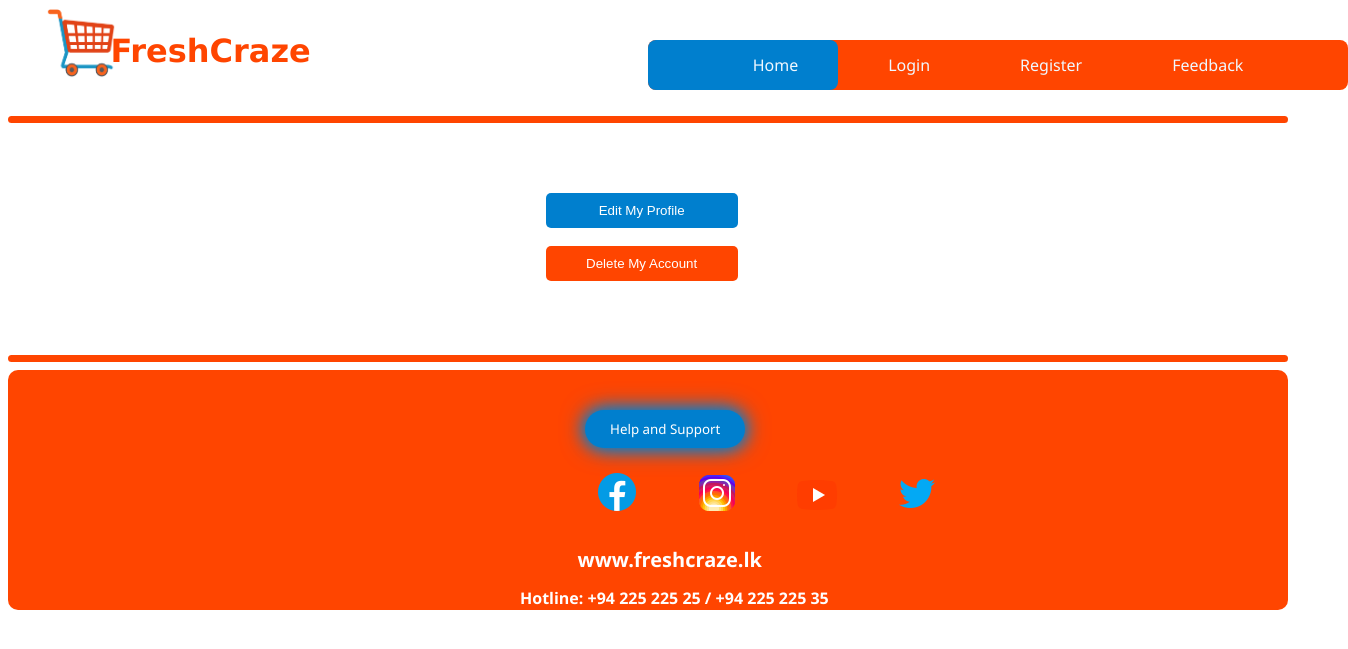
Repository: chamarac2002/FreshCraze
Page: http://localhost/CustomerDemo/useraccount.jsp
These files come from the project's save history. The page is drawn as it stood at one moment and after the next save; the edit follows.
The browser window is 1280 px wide. The page is 1348 px wide, then 1288 px, so the pictures cover 1348 px, including what lies to the right of the window. The pictures show the whole page.
The page is served by Tomcat 9. Nobody is signed in. The application's start-up code is not run. Other server files are loaded and not shown. The template is opened directly, without the code that normally fills it, so the values that code supplies are empty.

Above is the page before, as saved 2024-05-11 06:55:01.

### CustomerDemo/src/main/webapp/useraccount.jsp
<%@ page language="java" contentType="text/html; charset=ISO-8859-1"
    pageEncoding="ISO-8859-1"%>
    <%@taglib prefix="c" uri="http://java.sun.com/jsp/jstl/core"%>
<!DOCTYPE html>

<html lang="en">
<head>
    <meta charset="UTF-8">
    <meta name="viewport" content="width=device-width, initial-scale=1.0">
    <title>Home Page</title>

    <link rel="stylesheet" href="Styles/useraccountStyle.css">
</head>

<body>

<img src="images\logo.png" class="logo" >

    <h1 class="logo_topic">FreshCraze</h1>

    <nav class="navbar">
        <a href="home page.html">Home</a>
        <a href="Login page.html">Login</a>
        <a href="customer registration.html">Register</a>
        <a href="#">Feedback</a>
        <span></span>
    </nav>

<hr class="topic_line">

	<table class = "table">
		<c:forEach var="cus" items="${cusDetails}">

		<c:set var="id" value="${cus.id}"/>
		<c:set var="name" value="${cus.name}"/>
		<c:set var="address" value="${cus.address}"/>
		<c:set var="phone" value="${cus.phone}"/>
		<c:set var="nic" value="${cus.nic}"/>
		<c:set var="email" value="${cus.email}"/>
		<c:set var="gender" value="${cus.gender}"/>
		<c:set var="password" value="${cus.password}"/>


        <h1 class = "head">Customer Profile</h1>

   		<tbody>
        <tr>
			<td>Customer ID:</td>
			<td>${cus.id}</td>
		</tr>
		<tr class="active-row">
			<td>Name:</td>
			<td>${cus.name}</td>
		</tr>
		<tr>
			<td>Address:</td>
			<td>${cus.address}</td>
		</tr>
		<tr class="active-row">
			<td>Phone Number</td>
			<td>${cus.phone}</td>
		</tr>
		<tr>
			<td>NIC Number:</td>
			<td>${cus.nic}</td>
		</tr>
		<tr class="active-row">
			<td>Email:</td>
			<td>${cus.email}</td>
		</tr>
		<tr>
			<td>Gender:</td>
			<td>${cus.gender}</td>
		</tr>
		<tr class="active-row">
			<td>Password:</td>
			<td>${cus.password}</td>
		</tr>
    </tbody>
	</c:forEach>
	</table>

<table class="styled-table">

</table>

	<c:url value="updatecustomer.jsp" var="cusupdate">
		<c:param name="id" value="${id}"/>
		<c:param name="name" value="${name}"/>
		<c:param name="address" value="${address}"/>
		<c:param name="phone" value="${phone}"/>
		<c:param name="nic" value="${nic}"/>
		<c:param name="email" value="${email}"/>
		<c:param name="gender" value="${gender}"/>
		<c:param name="pass" value="${password}"/>
	</c:url>

	<a href="${cusupdate}">
	<input type="button" name="update" class="sub1" value="Edit My Profile">
	</a>

	<br><br>
	<c:url value="deletecustomer.jsp" var="cusdelete">
		<c:param name="id" value="${id}"/>
		<c:param name="name" value="${name}"/>
		<c:param name="address" value="${address}"/>
		<c:param name="phone" value="${phone}"/>
		<c:param name="nic" value="${nic}"/>
		<c:param name="email" value="${email}"/>
		<c:param name="gender" value="${gender}"/>
		<c:param name="pass" value="${password}"/>
	</c:url>
	<a href="${cusdelete}">
	<input type="button" name="delete" class="sub2" value="Delete My Account"><br><br><br>
	</a>

<hr class="footer_line">

<div class="footer">
    <a href="link" target="_blank">
    <button type="button" class="help_button">Help and Support</button>
    </a>

    <div class="fb_icon">
        <a href="https://www.facebook.com/" target="_blank"><img src="images/facebook.png"></a>
    </div>

    <div class="insta_icon">
        <a href="https://www.instagram.com/" target="_blank"><img src="images/insta.png"></a>
    </div>

    <div class="twitt_icon">
        <a href="https://www.twitter.com/" target="_blank"><img src="images/Twitter.png"></a>
    </div>

    <div class="yt_icon">
        <a href="https://www.youtube.com/" target="_blank"><img src="images/yt.png"></a>
    </div>
</div>

<div class="contacts">
    <h1 class="link">www.freshcraze.lk</h1>
    <h1>Hotline: +94 225 225 25 / +94 225 225 35</h1>
</div>

</body>
</html>

### CustomerDemo/src/main/webapp/Styles/useraccountStyle.css
body{
    background-color: #ffffff;
    background-repeat: no-repeat;
    background-attachment: fixed;
    background-position: center;
    width: 100%;
}

.logo{
    width: 70px;
    height: 70px;
    margin-left: 3%;
}

.logo_topic{
    font-family: verdana;
    margin-left: 8%;
    margin-top: -3.9%;
    color: orangered;
}

.navbar{
    margin-left:50%;
    margin-top:-4%;
    padding: 0;
    box-sizing: border-box;
    font-family: 'Segoe UI';
    display: flex;
    justify-content:center;
    align-items: center;
    min-height: 5vh;

    position:relative;
    background-color: orangered;
    border-radius: 8px;
    width: 700px;
    height: 50px;
    display: flex;
}

nav a{
    position: relative;
    display: inline-block;
    font-size: 1em;
    font-weight: 500;
    color: aliceblue;
    text-decoration: none;
    padding: 45px;
    z-index: 1;
}

nav span{
    position: absolute;
    top: 0;
    left: 0;
    width: 190px;
    height: 100%;
    background-color:rgb(0, 127, 206);
    border-radius: 8px;
    transition: .3s;
}

nav a:nth-child(1):hover~span{
    left: 0;
    width: 190px;
}

nav a:nth-child(2):hover~span{
    left: 190px;
    width: 150px;
}

nav a:nth-child(3):hover~span{
    left:330px;
    width: 150px;
}

nav a:nth-child(4):hover~span{
    left: 470px;
    width: 230px;
}

.topic_line{
    border: none;
    margin-top: 2%;
    border-top: 7px solid orangered;
    border-radius: 10px;
}

.help_button{
    box-shadow:0 0 15px rgb(0, 127, 206),0 0 25px rgb(0, 127, 206);
    border: none;
    width: 160px;
    margin-left: 44%;
    font-family: 'Segoe UI';
    padding: 10px 12px;
    color: #ffffff;
    background-color:rgb(0, 127, 206);
    border-radius: 20px;
}

.help_button:hover{
    box-shadow: 0 0 25px rgb(0, 127, 206);
}

.fb_icon{
    margin-left: 560px;
    margin-top: 20px;
}

.insta_icon{
    margin-left: 660px;
    margin-top: -51px;
}

.yt_icon{
    margin-left: 760px;
    margin-top: -51px;
}

.twitt_icon{
    margin-left: 860px;
    margin-top: -51px;
}

.footer{
    height: 200px;
    background-color: orangered;
    padding-top: 40px;
    padding-left: 25px;
    border-radius: 10px;
}

.footer_line{
    border: none;
    margin-top: 3%;
    border-top: 7px solid orangered;
    border-radius: 10px;
}

.contacts{
    font-size: 8px;
    color:rgb(255, 255, 255);
    font-family: 'Segoe UI';
    margin-left: 40%;
    margin-top: -5%;
}

.link{
    font-size: 20px ;
    margin-top: -6%;
    margin-left: 7.5%;
}

.details{
    font-family: verdana;
    margin-left: 8%;
    margin-top: -3.9%;
    color: orangered;
}

.table {
    border-collapse: collapse;
    margin: 25px 0;
    font-size: 1.02em;
    font-family: 'Segoe UI';
    min-width: 400px;
    margin-left: 37%;
    margin-top: 3%;
}

.head {
	margin-top: 4%;
    text-align: center;
 	margin-bottom: 50px;
 	font-family: 'Segoe UI';
 	font-size: 1.8em;
}

.table th,
.table td {
    padding: 12px 15px;
}

.table tbody tr {
    border-bottom: 1px solid #dddddd;
}

.table tbody tr:nth-of-type(even) {
    background-color: #f3f3f3;
}

.table tbody tr:last-of-type {
    border-bottom: 2px solid orangered;
}

.table tbody tr:first-of-type {
    border-top: 2px solid orangered;
}

.table tbody tr.active-row {
    font-weight: bold;
    color: rgb(0, 127, 206);
}

.sub1 {
  	margin-left: 42%;
    margin-top: 0.5%;
    text-align: center;
    color : #ffffff;
  	width: 15%;
	padding: 10px;
 	background-color: rgb(0, 127, 206);
 	border: none;
 	border-radius: 5px;
 	cursor: pointer;
}

.sub2 {
  	margin-left: 42%;
    text-align: center;
    color : #ffffff;
  	width: 15%;
	padding: 10px;
 	background-color: orangered;
 	border: none;
 	border-radius: 5px;
 	cursor: pointer;
}

### CustomerDemo/src/main/webapp/Styles/HomeALStyle.css
body{
    background-color: #ffffff;
    background-repeat: no-repeat;
    background-attachment: fixed;
    background-position: center;
    width: 100%;
}

.logo{
    width: 70px;
    height: 70px;
    margin-left: 3%;
}

.user{
    width: 60px;
    height: 60px;
    margin-left: 35%;
    background-color: rgb(0, 127, 206);
    border-radius: 30px;
}



.logo_topic{
    font-family: verdana;
    margin-left: 8%;
    margin-top: -3.9%;
    color: orangered;
}

.navbar{
    margin-left:60%;
    margin-top:-4%;
    padding: 0;
    box-sizing: border-box;
    font-family: 'Segoe UI';
    display: flex;
    justify-content:center;
    align-items: center;
    min-height: 5vh;

    position:relative;
    background-color: orangered;
    border-radius: 8px;
    width: 500px;
    height: 50px;
    display: flex;
}

nav a{
    position: relative;
    display: inline-block;
    font-size: 1em;
    font-weight: 500;
    color: aliceblue;
    text-decoration: none;
    padding: 45px;
    z-index: 1;
}

nav span{
    position: absolute;
    top: 0;
    left: 0;
    width: 190px;
    height: 100%;
    background-color:rgb(0, 127, 206);
    border-radius: 8px;
    transition: .3s;
}

nav a:nth-child(1):hover~span{
    left: 0;
    width: 180px;
}

nav a:nth-child(2):hover~span{
    left: 180px;
    width: 130px;
}

nav a:nth-child(3):hover~span{
    left:320px;
    width: 180px;
}

.topic_line{
    border: none;
    margin-top: 2%;
    border-top: 7px solid orangered;
    border-radius: 10px;
}

.help_button{
    box-shadow:0 0 15px rgb(0, 127, 206),0 0 25px rgb(0, 127, 206);
    border: none;
    width: 160px;
    margin-left: 44%;
    font-family: 'Segoe UI';
    padding: 10px 12px;
    color: #ffffff;
    background-color:rgb(0, 127, 206);
    border-radius: 20px;
}

.help_button:hover{
    box-shadow: 0 0 25px rgb(0, 127, 206);
}

.fb_icon{
    margin-left: 560px;
    margin-top: 20px;
}

.insta_icon{
    margin-left: 660px;
    margin-top: -51px;
}

.yt_icon{
    margin-left: 760px;
    margin-top: -51px;
}

.twitt_icon{
    margin-left: 860px;
    margin-top: -51px;
}

.footer{
    height: 200px;
    background-color: orangered;
    padding-top: 40px;
    padding-left: 25px;
    border-radius: 10px;
}

.footer_line{
    border: none;
    margin-top: 3%;
    border-top: 7px solid orangered;
    border-radius: 10px;
}

.front_banners{
    width: 90%;
    padding: 20px;
    margin: 100px auto;
    margin-top: 2%;
    margin-bottom: 2%;
    display: flex;
    flex-direction: row;
    justify-content: center;
}

.box{
    width: 1000px;
    margin: 0 10px;
    box-shadow: 0 0 20px 2px rgba(0,0,0,0.1);
    transition: 1s;
}

.box img{
    display: block;
    width: 100%;
    border-radius: 5px;
}

.box:hover{
    transform: scale(1.3);
    z-index: 2;
}

.footer_banners{
    width: 60%;
    padding: 20px;
    margin: 100px auto;
    margin-top: 2%;
    margin-bottom: 2%;
    display: flex;
    flex-direction: row;
    justify-content: center;
}

.f_box{
    width: 250px;
    margin: 0 10px;
    box-shadow: 0 0 20px 2px rgba(0,0,0,0.1);
    transition: 1s;
}

.f_box img{
    display: block;
    width: 100%;
}

.f_box:hover{
    transform: scale(1.3);
    z-index: 2;
}

.contacts{
    font-size: 8px;
    color:rgb(255, 255, 255);
    font-family: 'Segoe UI';
    margin-left: 40%;
    margin-top: -5%;
}

.link{
    font-size: 20px ;
    margin-top: -6%;
    margin-left: 7.5%;
}

After the next save:
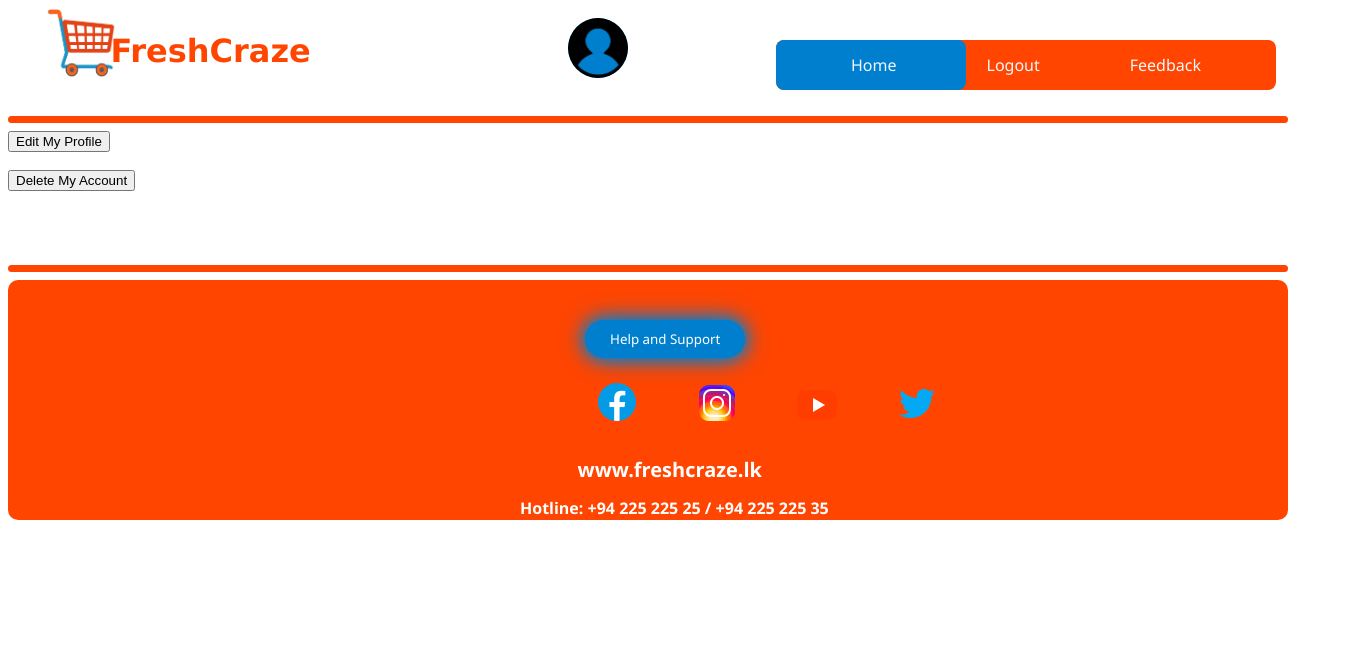
Saved 83 s later.
--- a/CustomerDemo/src/main/webapp/useraccount.jsp
+++ b/CustomerDemo/src/main/webapp/useraccount.jsp
@@ -9,20 +9,23 @@
     <meta name="viewport" content="width=device-width, initial-scale=1.0">
     <title>Home Page</title>
 
-    <link rel="stylesheet" href="Styles/useraccountStyle.css">
+    <link rel="stylesheet" href="Styles/HomeALStyle.css">
 </head>
 
 <body>
 
 <img src="images\logo.png" class="logo" >
 
+<a href="profile.jsp" target="_blank">
+<img src="images\user.png" class="user">
+</a>
+
     <h1 class="logo_topic">FreshCraze</h1>
 
     <nav class="navbar">
-        <a href="home page.html">Home</a>
-        <a href="Login page.html">Login</a>
-        <a href="customer registration.html">Register</a>
-        <a href="#">Feedback</a>
+        <a href="HomePageAL.jsp">Home</a>
+        <a href="HomePage.jsp">Logout</a>
+        <a href="link">Feedback</a>
         <span></span>
     </nav>
 
